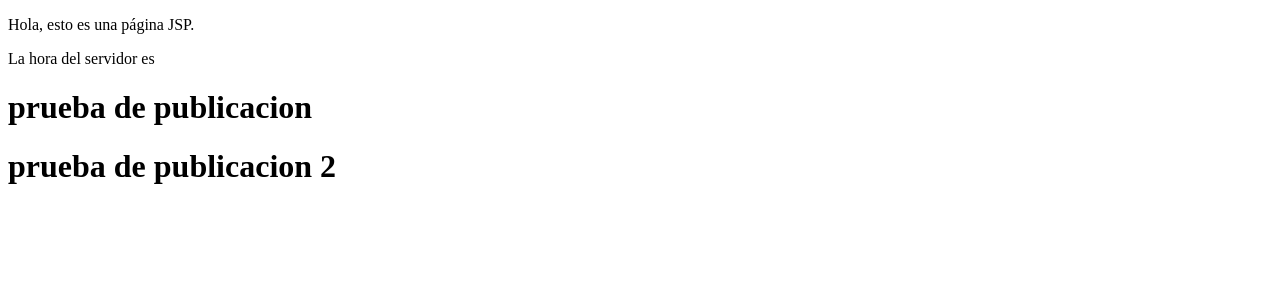
Repository: jojurado/pruebaswas
Page: http://localhost/demoWAS85/
The author's editor kept a copy of each file at every save. The page is drawn from the files as they stood at one save, then again after the next save.
The browser window is 1280 px wide. The pictures show the whole page.
The page is served by Tomcat 9. Other server files are loaded and not shown.

Above is the page before, as saved 2018-01-29 20:40:55.

### demoWAS85/WebContent/index.jsp
<%@ page language="java" contentType="text/html; charset=ISO-8859-1"
	pageEncoding="ISO-8859-1"%>
<!DOCTYPE html PUBLIC "-//W3C//DTD HTML 4.01 Transitional//EN" "http://www.w3.org/TR/html4/loose.dtd">
<html>
<head>
<meta http-equiv="Content-Type" content="text/html; charset=ISO-8859-1">
<title>Insert title here</title>
</head>
<body>
	<p>Hola, esto es una página JSP.</p>
	<p>
		La hora del servidor es 		<%--=new Date()--%></p>
	<h1>prueba de publicacion</h1>
	<h1>prueba de publicacion 2</h1>
</body>
</html>

After the next save:
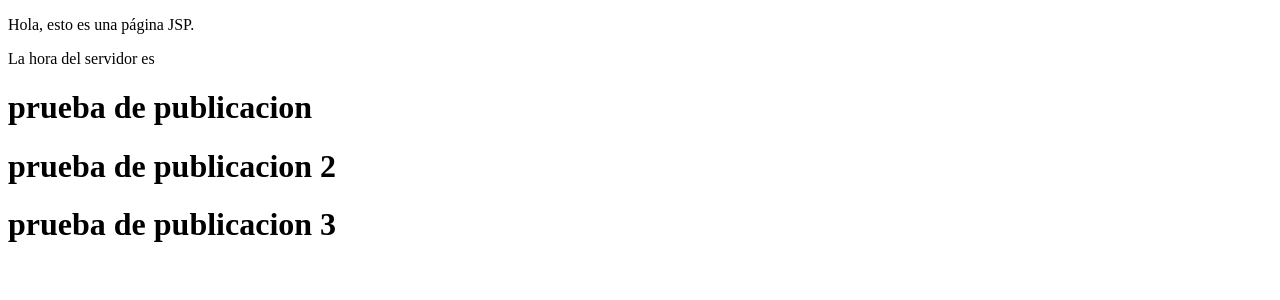
Saved 5 min 37 s later.
--- a/demoWAS85/WebContent/index.jsp
+++ b/demoWAS85/WebContent/index.jsp
@@ -12,5 +12,6 @@
 		La hora del servidor es 		<%--=new Date()--%></p>
 	<h1>prueba de publicacion</h1>
 	<h1>prueba de publicacion 2</h1>
+	<h1>prueba de publicacion 3</h1>
 </body>
 </html>
